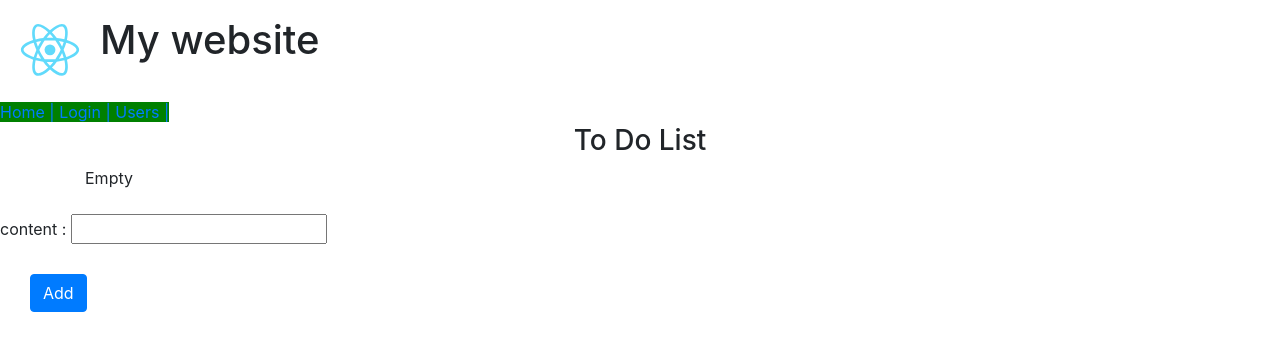
Repository: Marwa-Medhat/ReactJS-Labs
Page: /todolist (app in myapp/)
These files come from the project's save history. The page is drawn as it stood at one moment and after the next save; the edit follows.
The browser window is 1280 px wide. The pictures show the whole page.
The project was rebuilt for these pictures with package versions that can differ from the ones it lists, and the page was loaded fresh each time.

Above is the page before, as saved 2021-04-28 20:59:54.

### myapp/src/index.js
import React from 'react';
import ReactDOM from 'react-dom';
import './index.css';
// import App from './App';
import App from './main';
import reportWebVitals from './reportWebVitals';

ReactDOM.render(
    <App />,
  document.getElementById('root')
);

// If you want to start measuring performance in your app, pass a function
// to log results (for example: reportWebVitals(console.log))
// or send to an analytics endpoint. Learn more: https://bit.ly/CRA-vitals
reportWebVitals();

### myapp/src/main.js
import React from "react";
import logo from './logo.svg';

import {
  BrowserRouter as Router,
  Switch,
  Route,
  Link,
  useRouteMatch,
  useParams
} from "react-router-dom";

import {Header,Menu} from './Header2'
import Todo from './todo'

class App extends React.Component{
    constructor(){
        super();
        this.state = {
            items:[
            {
                text:"Home",
                link:"/home"
            },
            {
                text:"Login",
                link:"/login"
            },
            {
                text:"Users",
                link:"/users"
            },

        ]
    }
    }

    toggleActive=(text)=>{

        this.state.items.forEach((item)=>item.active=false);
        let item = this.state.items.find(x=>x.text==text);
        item.active = !item.active
        this.setState({items:this.state.items});
    }
    render(){
        return <Router>
            <Header title="My website" logo={logo} menu={this.state.items} toggleActive={this.toggleActive} />
            <Switch>
                <Route path="/users" >
                    <UserList />
                </Route>
                <Route path="/login" >
                    <Login />
                </Route>
                <Route path="/" >
                    <Todo />
                </Route>
            </Switch>
        </Router>
    }
}


class Home extends React.Component{
    render(){
        return <div>Home</div>;
    }
}




class UserList extends React.Component{

    constructor(){
        super();
        this.state={
            users:[],
            loading:false
        };
    }

    async componentDidMount(){
        this.setState({loading:true});
        setTimeout(async ()=>{


        let res= await fetch("https://reqres.in/api/users?page=2",{
            method:"GET",
            headers:{
                "content-type":"application/json"
            }
        });
        let resJson = await res.json();
        this.setState({users:resJson.data,loading: false});
    },5000)
    }

    render(){
        return <div>
            {!this.state.loading ? this.state.users.map((item)=>{
                return <UserView key={item.id}  user={item} />
            }): "Loading Users"}
        </div>
    }
}

class Login extends React.Component{

    constructor(){
        super();
        this.state={
            username:"",
            email:"",
            password:""
        }
    }

    setInputValue=(e)=>{
        this.setState({[e.target.name]:e.target.value});
    }

    login=async ()=>{
        let user = {
            email:this.state.email,
            password:this.state.password
        }
        let res= await fetch("https://reqres.in/api/login",{
            method:"POST",
            headers:{
                "content-type":"application/json"
            },
            body:JSON.stringify(user)
        });
        let resJson = await res.json();
        if(resJson.token){
            alert("Login success");
        }else{
            alert(resJson.error)
        }
    }

    render(){
        return <div>
            <h1>Login</h1>
            Username:<input type="text" value={this.state.username} onChange={this.setInputValue} name="username" /><br/>
            Password:<input type="password" value={this.state.password} onChange={this.setInputValue} name="password" /><br/>
            Email:<input type="email" value={this.state.email} onChange={(e)=>this.setState({email:e.target.value})} name="email" /><br/>
            <button onClick={this.login}>Login</button>
        </div>
    }
}

class UserView extends React.Component{
    constructor(){
        super();

    }

    render(){
        return <div>
            <img src={this.props.user.avatar} style={{width:100,height:100}} /><br/>
            <span>{this.props.user.first_name} {this.props.user.last_name}</span>
            <div>Email : {this.props.user.email}</div>
        </div>
    }
}



export default App;

### myapp/src/Header2.js
import React from 'react';
import PropTypes from 'prop-types';
import {Link} from "react-router-dom";
class Header extends React.Component{

    render(){
        let h1Style={
            display:"inline-block"
        }

        return <div>
            <img style={{width:100,height:100}} src={this.props.logo} />
            <h1 style={h1Style} >{this.props.title}</h1>
            <Menu items={this.props.menu} toggleActive={this.props.toggleActive} />
        </div>
    }
}

Header.defaultProps ={
    title:"Website"
}

Header.propTypes = {
    title:PropTypes.string
}

class Menu extends React.Component{

    constructor(props){
        super();

    }

    render(){
        return <div>
            {this.props.items.map((item,i)=>{
                return <Link key={item.text} style={{backgroundColor:item.active?"red":"green"}} onClick={()=>this.props.toggleActive(item.text)} to={item.link} > {item.text} |</Link>
            })}
        </div>
    }
}

Menu.defaultProps={
    items:[]
}

export {Header,Menu};

### myapp/src/todo.js
import React from 'react';
import 'bootstrap/dist/css/bootstrap.min.css'
import { ListGroup } from 'react-bootstrap';
import 'font-awesome/css/font-awesome.min.css';

class Todo extends React.Component{
    constructor(){
        super();
        this.state={
            contents:[]
        }
    }

    componentDidMount(){
        if(localStorage["contents"]){
        let contents = JSON.parse(localStorage["contents"])
        this.setState({contents:contents})
        }
    }
    saveToLocalStorage=()=>{
        localStorage["contents"] = JSON.stringify(this.state.contents);
    }

    addContent=(content)=>{
        this.state.contents.push(content);
        this.setState({contents:this.state.contents});
        this.saveToLocalStorage();
    }




    render(){
        return <div>
            <h3 style={{textAlign:"center",}}>To Do List</h3>
            <div className="container center" >
            <DisplayTasks contents={this.state.contents} /><br/>
            </div>
            <AddTask style={{textAlign:"center",}}addContent={this.addContent} />
        </div>
    }

}


class AddTask extends React.Component{

    constructor(props){
        super();
        this.state={
            content:"",

        }
    }

    addContent=()=>{
        let content = {
            content:this.state.content,
        }

        this.props.addContent(content);
    }


    render(){
        return <div>
            content : <input type="text" value={this.state.content} onChange={(e)=>this.setState({content:e.target.value})} />
           <br/> <button onClick={this.addContent} className="btn btn-primary " style={{ margin: 30,}}>Add</button>
        </div>
    }
}


class DisplayTasks extends React.Component{
    render(){
        return <div class="list-group ">
            {this.props.contents.length > 0 ?this.props.contents.map((item)=>{
                return <DisplayTask content={item} key={item.content} />
            }):"Empty"}
        </div>
    }
}

DisplayTasks.defaultProps={
    contents:[]
}

class DisplayTask extends React.Component{

    // <i className="fa fa-times danger" ></i>
    render(){
        return <div>
    <a href="#" class="list-group-item list-group-item-action " style={{width:600 ,fontWeight:'bolder',paddingRight:50,}}>{this.props.content.content} <button className="btn btn-success" style={{ marginRight: 50}}><i className="fa fa-check "></i></button>   <button className="btn btn-danger"><i className="fa fa-times btn-danger" ></i></button></a>

    </div>
    }
}
export default Todo;

Loaded but not shown: myapp/public/index.html (common file); myapp/src/index.css (common file); myapp/src/reportWebVitals.js (common file)

After the next save:
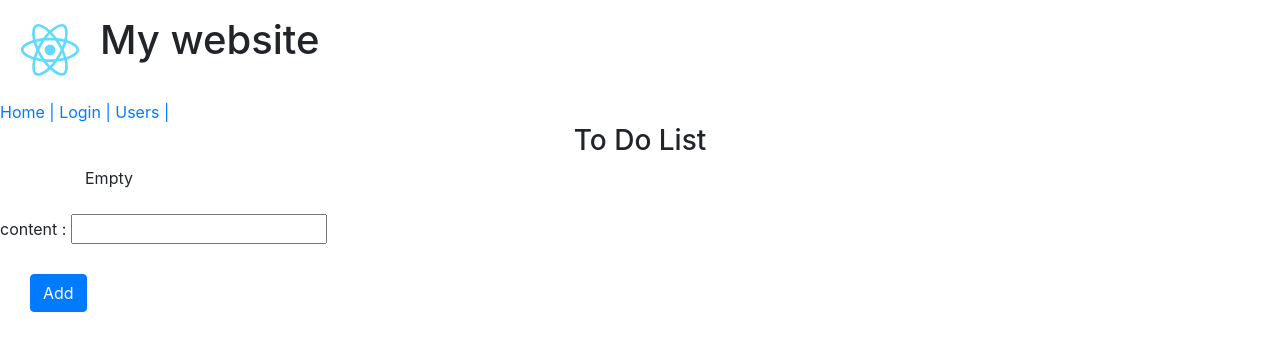
Saved 52 s later.
--- a/myapp/src/Header2.js
+++ b/myapp/src/Header2.js
@@ -34,7 +34,7 @@ class Menu extends React.Component{
     render(){
         return <div>
             {this.props.items.map((item,i)=>{
-                return <Link key={item.text} style={{backgroundColor:item.active?"red":"green"}} onClick={()=>this.props.toggleActive(item.text)} to={item.link} > {item.text} |</Link>
+                return <Link key={item.text} style={{backgroundColor:item.active?"green":"white"}} onClick={()=>this.props.toggleActive(item.text)} to={item.link} > {item.text} |</Link>
             })}
         </div>
     }
